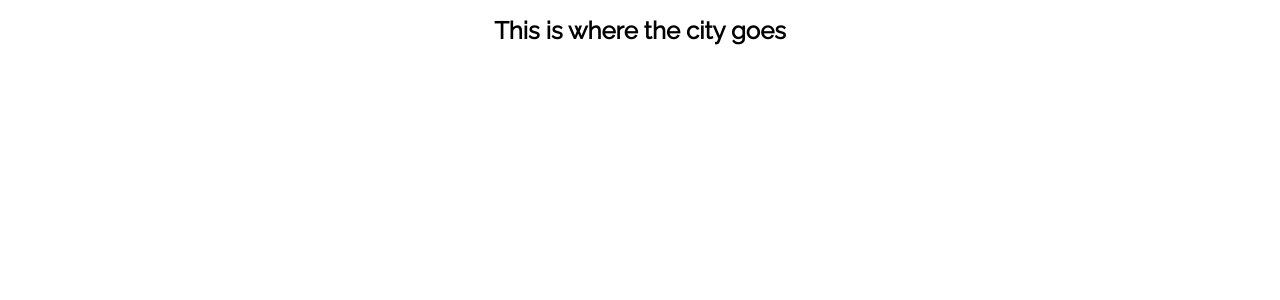
Repository: Juliolikescoding/js_weather
Page: index.html
An editor plug-in stored every save of this project. The page is shown before and after the next save, followed by the edit.
The browser window is 1280 px wide. The pictures show the whole page.

Above is the page before, as saved 2018-05-22 20:18:54.

### index.html
<!DOCTYPE html>
<html lang="en">
<head>
    <meta charset="UTF-8">
    <meta name="viewport" content="width=device-width, initial-scale=1.0">
    <meta http-equiv="X-UA-Compatible" content="ie=edge">
    <link href="https://fonts.googleapis.com/css?family=Raleway" rel="stylesheet">
    <link rel="stylesheet" href="style/main.css">
    <title>Weather App</title>
</head>
<body>
    <h1 class="cityTitle">This is where the city goes</h1>
    <script src="js/main.js"></script>
</body>
</html>

### style/main.css
body{
    padding: 0;
    margin: 0;
    text-align: center;
}

.cityTitle{
    font-size: 24px;
    font-family: 'Raleway', sans-serif;
}

Loaded but not shown: js/main.js (no copy from this time; the picture is the same without it)

After the next save:
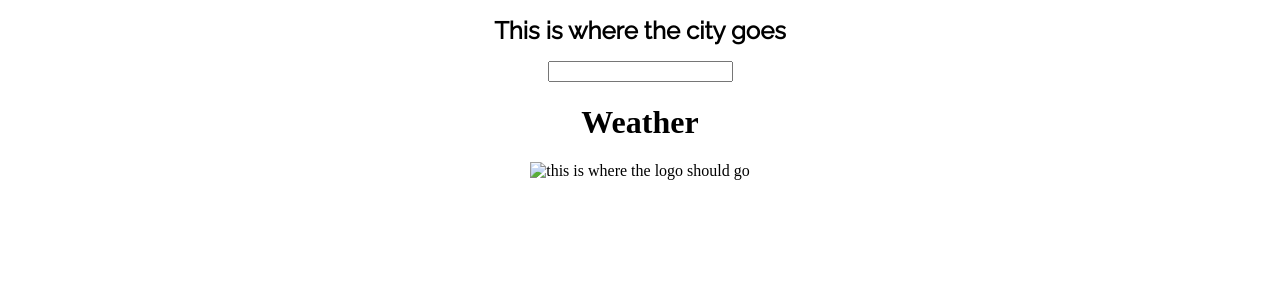
Saved 3 min 56 s later.
--- a/index.html
+++ b/index.html
@@ -10,6 +10,10 @@
 </head>
 <body>
     <h1 class="cityTitle">This is where the city goes</h1>
+    <input type="text" class="zip">
+    <h1>Weather</h1>
+    <div class="weather"></div>
+    <img src="" alt="this is where the logo should go" class="icon">
     <script src="js/main.js"></script>
 </body>
 </html>
